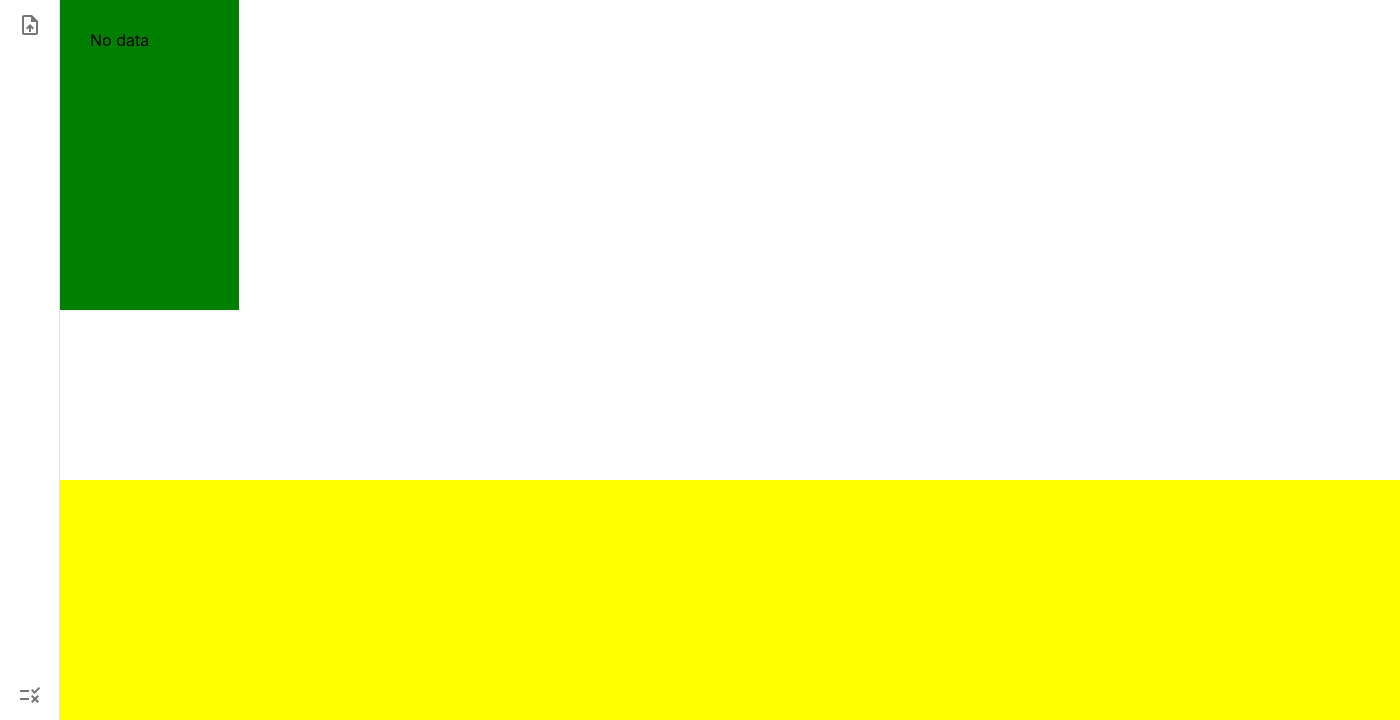
Repository: imark00/sbolInsight_frontend
Page: /
An editor plug-in stored every save of this project. The page is shown before and after the next save, followed by the edit.
The browser window is 1280 px wide. The page is 1400 px wide, so the pictures cover 1400 px, including what lies to the right of the window. The pictures show the whole page.
The project was rebuilt for these pictures with package versions that can differ from the ones it lists, and the page was loaded fresh each time. Also part of the build but not shown: src/App.css.

Above is the page before, as saved 2024-08-18 05:24:32.

### src/App.js
import './App.css';
import SBOLInsightPage from './sbolInsight';

function App() {
  return (
    <SBOLInsightPage />
  );
}

export default App;

### src/sbolInsight.js
import React, { useState } from "react";
import { Drawer, Box, IconButton, Typography, Modal, Button, Divider } from "@mui/material";
import UploadFileIcon from '@mui/icons-material/UploadFile';
import RuleOutlinedIcon from '@mui/icons-material/RuleOutlined';
import { useDropzone } from 'react-dropzone'
import { List, ListItem, ListItemIcon, ListItemText } from '@mui/material';
import InsertDriveFileOutlinedIcon from '@mui/icons-material/InsertDriveFileOutlined';
import axios from "axios";


const drawerWidth = 60

// function timeout(delay) {
//     return new Promise(res => setTimeout(res, delay));
// }

const SBOLInsightPage = () => {
    const [testData, setTestData] = useState('');
    const [open, setOpen] = useState(false);

    const openUploadFileModal = () => setOpen(true);
    const closeUploadFileModal = () => setOpen(false);

    const { acceptedFiles, getRootProps, getInputProps } = useDropzone({
        maxFiles: 1, accept: {
            'application/rdf+xml': ['.rdf'],
            'text/turtle': ['.ttl'],
        }
    });
    const files = acceptedFiles.map(file => (
        <ListItem
            key={file.path}
        >
            <ListItemIcon>
                <InsertDriveFileOutlinedIcon />
            </ListItemIcon>
            <ListItemText primary={file.path} />
        </ListItem>
    ));

    // const [uploadProgress, setUploadProgress] = useState(0);


    const testAPI = async () => {
        try {
            let response = await fetch("http://localhost:8080/api/test")
            if (response.status === 200) {
                let data = await response.json()
                setTestData(data)
            }
        } catch (error) {
            console.error('Error:', error)
        }
    }
    // useEffect(() => { testAPI() }, [])

    const getGraphData = async () => {
        try {
            const url = "http://localhost:8080/api/graph-data"
            const formData = new FormData();
            formData.append('file', acceptedFiles[0]);
            const config = {
                headers: {
                    'content-type': 'multipart/form-data',
                },
                // onUploadProgress: function (progressEvent) {
                //     const percentCompleted = Math.round((progressEvent.loaded * 100) / progressEvent.total);
                //     setUploadProgress(percentCompleted);
                // }
            }
            let response = await axios.post(url, formData, config)
            console.log(response)
        } catch (error) {
            console.error('Error:', error)
        }
    }


    function showValiationReport() {
        console.log("Show validation report")

    }

    function submitFile(event) {
        event.preventDefault()
        closeUploadFileModal()
        getGraphData()
    }


    return (
        <Box
            sx={{ display: 'flex' }}
        >
            {/* Drawer */}
            <Drawer
                sx={{
                    width: drawerWidth,
                    flexShrink: 0,
                    '& .MuiDrawer-paper': {
                        width: drawerWidth,
                        boxSizing: 'border-box',
                        padding: '5px',
                        display: 'flex',
                        flexDirection: 'column',
                        justifyContent: 'space-between',
                    },
                }}
                variant="permanent"
                anchor="left"
            >
                <IconButton
                    onClick={openUploadFileModal}
                >
                    <UploadFileIcon />
                </IconButton>

                <IconButton
                    onClick={showValiationReport}
                >
                    <RuleOutlinedIcon />
                </IconButton>
            </Drawer>

            <Box sx={{
                flexDirection: 'column',
                display: 'flex',
            }}>

                {/* Main content */}
                <Box
                    sx={{
                        width: '100%',
                        // height: '100vh',
                        height: '250px',
                        background: 'green',
                        padding: '30px',
                    }}
                >
                    {testData ?
                        <Box>
                            <p> {testData.status}</p>
                            <p> {testData.app}</p>
                            <p> {testData.message}</p>
                        </Box>
                        : <Box>
                            No data
                        </Box>
                    }
                </Box>

                {/* Validation results view */}
                <Box
                    sx={{
                        width: '100%',
                        // height: '100vh',
                        height: '180px',
                        background: 'yellow',
                        padding: '30px',
                        position: "absolute",
                        bottom: "0%",

                    }}
                >

                </Box>
            </Box>


            {/* // Upload file modal */}
            <Modal
                open={open}
                onClose={closeUploadFileModal}
                aria-labelledby="modal-modal-title"
                aria-describedby="modal-modal-description"
                slotProps={{
                    backdrop: {
                        style: {
                            backgroundColor: 'transparent',
                            boxShadow: 'none'
                        }
                    }
                }}

            >
                <Box
                    sx={{
                        position: "absolute",
                        top: "50%",
                        left: "50%",
                        transform: "translate(-50%, -50%)",
                        width: "475px",
                        bgcolor: "background.paper",
                        boxShadow: 24,
                        borderRadius: "23px",
                    }}
                >
                    <Box
                        sx={{
                            display: 'flex',
                            flexDirection: 'row',
                            justifyContent: 'space-between',
                            paddingLeft: '11px',
                            paddingRight: '7px',
                            paddingTop: '7px',
                            paddingBottom: '2px',
                        }}
                    >
                        <Typography
                            fontSize={"19px"}
                            letterSpacing={"0.02em"}
                        >
                            Upload SBOL File
                        </Typography>

                        <Button
                            variant="text"
                            size="small"
                            color="error"
                            onClick={closeUploadFileModal}
                            sx={{ letterSpacing: "0.04em" }}
                        >
                            Close
                        </Button>
                    </Box>
                    <Divider
                        sx={{
                            borderBottomWidth: '2px',
                            borderColor: "#CBD0DC"
                        }}
                    />

                    <Box
                        sx={{
                            paddingTop: "45px",
                            paddingLeft: "25px",
                            paddingRight: "25px",
                            paddingBottom: "16px",
                            textAlign: "center",
                        }}
                    >
                        <Box
                            sx={{
                                border: "2px dashed #CBD0DC",
                                borderRadius: "14px",
                                height: "100px",
                                marginBottom: "20px",
                                width: "100%",
                                flexDirection: 'column',
                                justifyContent: 'center',
                                display: 'flex',
                            }}
                            {...getRootProps({ className: 'dropzone' })}
                        >
                            <input {...getInputProps()} />
                            <Box >
                                <Typography
                                    color={"#292D32"}
                                    fontSize={"15px"}
                                    letterSpacing={"0.04em"}
                                >
                                    Choose a file or drap and drop it here
                                </Typography>

                                <Typography
                                    color={"#A9ACB4"}
                                    fontSize={"12px"}
                                    letterSpacing={"0.04em"}
                                >
                                    RDF/XML, Turtle, N-Triples, and JSON-LD formats, up to 25MB
                                </Typography>
                            </Box>
                        </Box>

                        {/* <progress value={uploadProgress} max="100"></progress> */}

                        <List>{files}</List>

                        <Button
                            variant="contained"
                            sx={{
                                borderRadius: "11px",
                                width: "168px",
                                backgroundColor: "#084BCF",
                            }}
                            disabled={files.length === 0}
                            onClick={submitFile}
                        >
                            Submit
                        </Button>
                    </Box>



                </Box>
            </Modal>
        </Box>
    );
}

export default SBOLInsightPage;

Loaded but not shown: public/index.html (common file); src/index.js (common file); src/index.css (common file); src/reportWebVitals.js (common file)

After the next save:
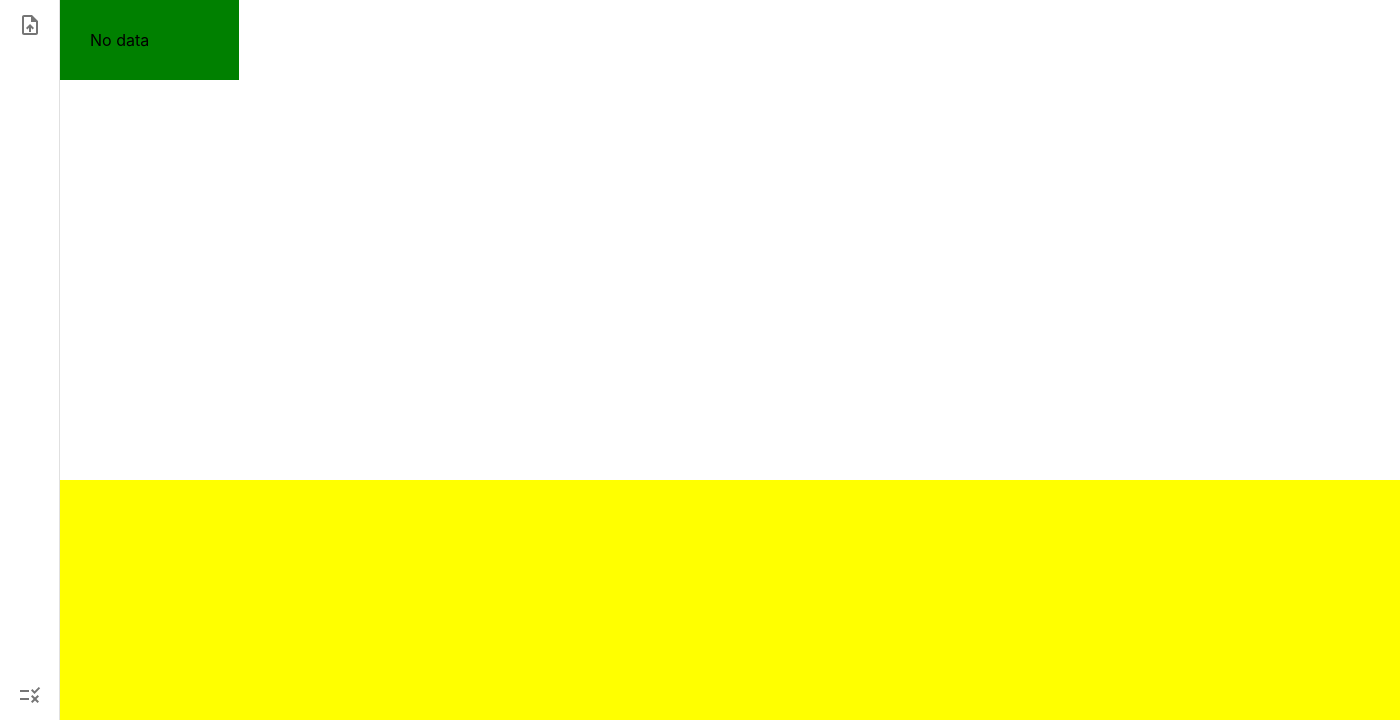
Saved 20 s later.
--- a/src/sbolInsight.js
+++ b/src/sbolInsight.js
@@ -132,7 +132,7 @@ const SBOLInsightPage = () => {
                     sx={{
                         width: '100%',
                         // height: '100vh',
-                        height: '250px',
+                        height: '100%',
                         background: 'green',
                         padding: '30px',
                     }}
